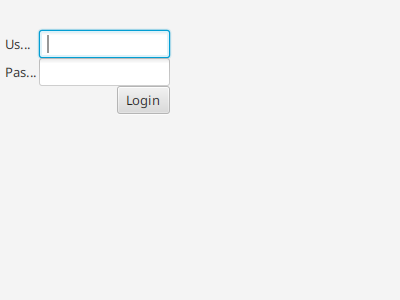
Repository: Tomcat-Seaotter/Java
Program's window: java code14/Lesson41/src/code14/Lesson43.java
An editor plug-in stored every save of this project. The program's window is shown before and after the next save, followed by the edit.
It runs on Java 21 on a 1366 x 768 screen with JavaFX 11; the title bar is not drawn.

Above is the program's window before, as saved 2018-12-24 03:03:49.

After the next save:
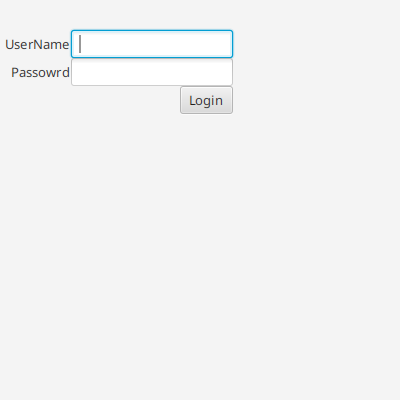
Saved 20 s later.
--- a/code14/Lesson41/src/code14/Lesson43.java
+++ b/code14/Lesson41/src/code14/Lesson43.java
@@ -32,7 +32,7 @@
 		pane1.add(tx2, 1, 1);
 		GridPane.setHalignment(btn1,HPos.RIGHT);
 		pane1.add(btn1, 1, 2);
-		Scene scene1 = new Scene(pane1,200,300);
+		Scene scene1 = new Scene(pane1,400,400);
 		stage.setTitle("GridPane");
 		stage.setScene(scene1);
 		stage.show();
